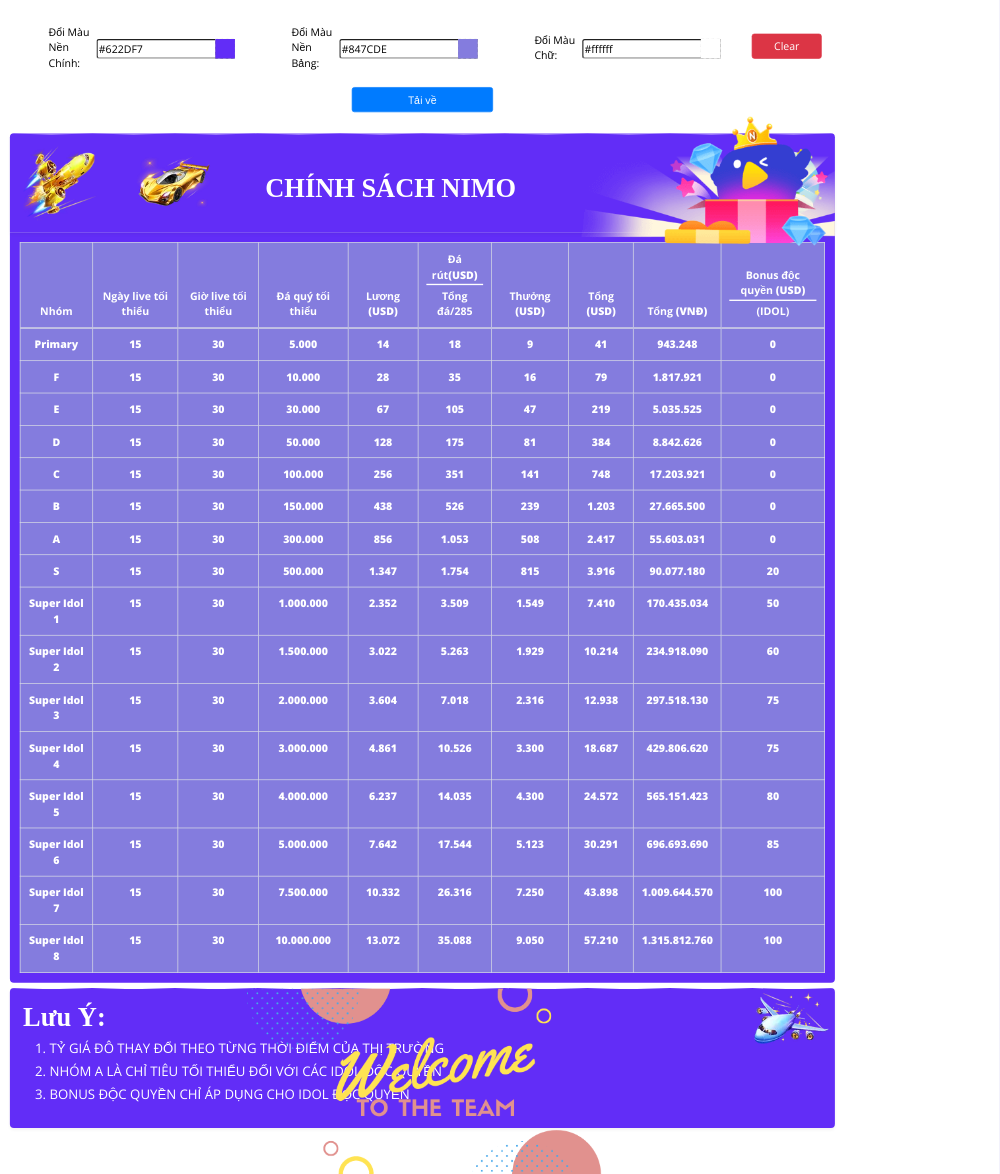
Repository: dav1601/nimo-work
Page: http://localhost/
An editor plug-in stored every save of this project. The page is shown before and after the next save, followed by the edit.
The browser window is 1280 px wide. The page is 1515 px wide, so the pictures cover 1515 px, including what lies to the right of the window. The pictures show the whole page, at 66% of full size.
The page is run by PHP 8.4 with error messages shown; the project is at /var/www/html/.

Above is the page before, as saved 2022-04-15 21:22:36.

After the next save:
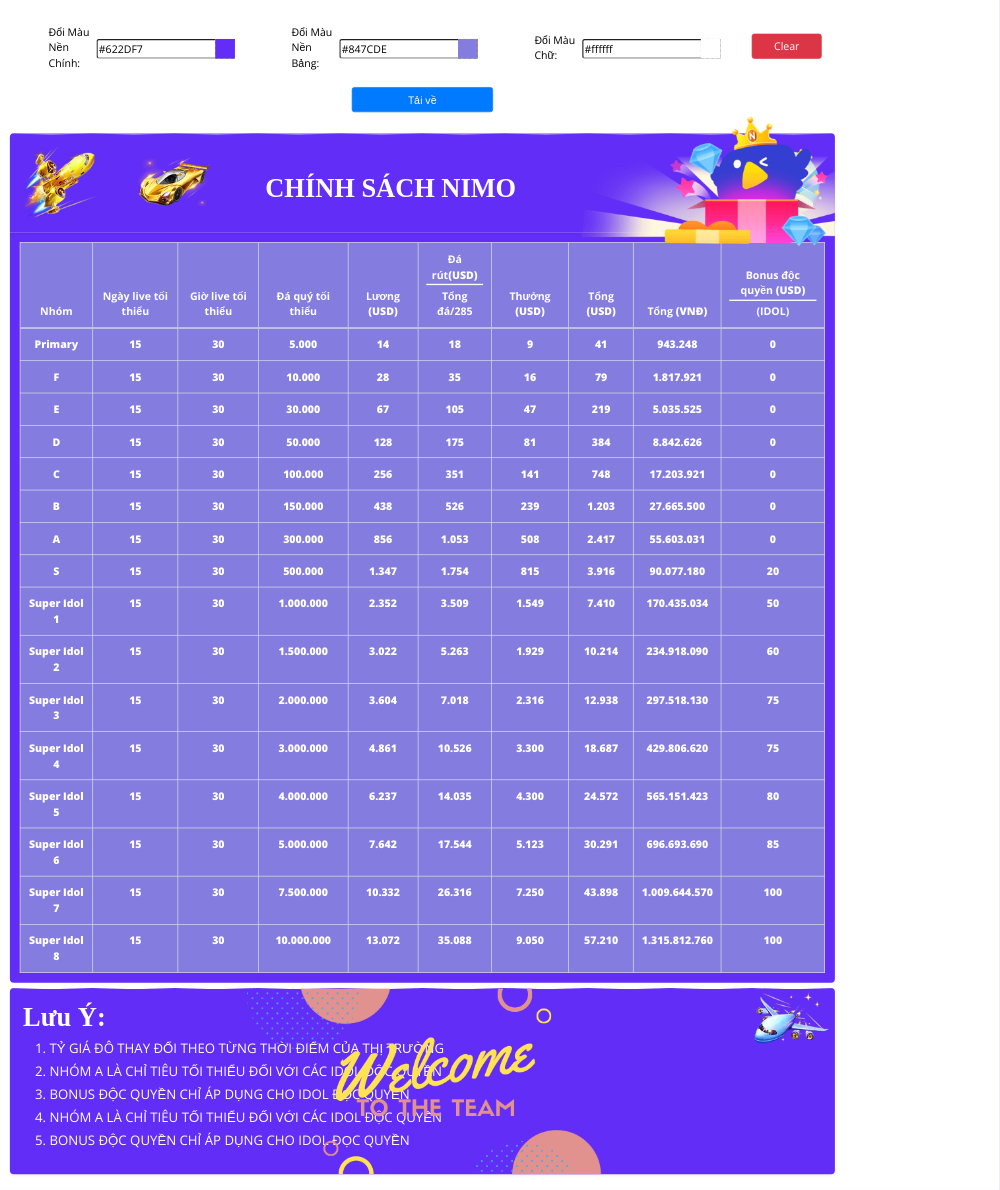
Saved 13 s later.
--- a/index.php
+++ b/index.php
@@ -567,6 +567,8 @@
                     <li>Tỷ giá đô thay đổi theo từng thời điểm của thị trường</li>
                     <li>Nhóm A là chỉ tiêu tối thiểu đối với các idol độc quyền</li>
                     <li>Bonus độc quyền chỉ áp dụng cho idol đọc quyền</li>
+                    <li>Nhóm A là chỉ tiêu tối thiểu đối với các idol độc quyền</li>
+                    <li>Bonus độc quyền chỉ áp dụng cho idol đọc quyền</li>
                 </ul>
             </footer>
         </div>
